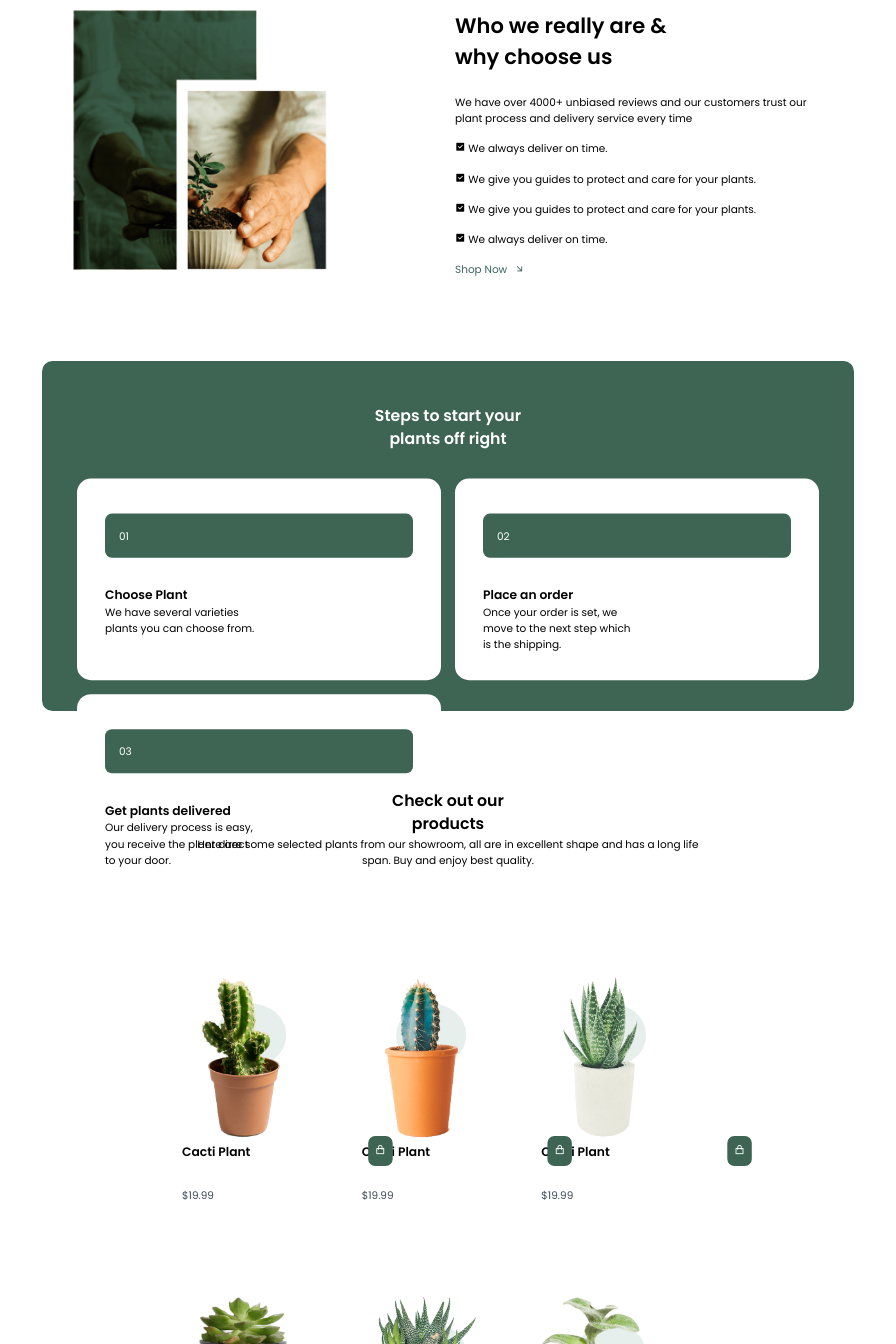
Repository: OmniaRafat232111121/plantwebsite
Page: index.html
The author's editor kept a copy of each file at every save. The page is drawn from the files as they stood at one save, then again after the next save.
The browser window is 1280 px wide. The pictures show the part of the page from y = 584 to 2504 px (the page is 4276 px tall), at 70% of full size.

Above is the page before, as saved 2023-01-05 17:11:20.

After the next save:
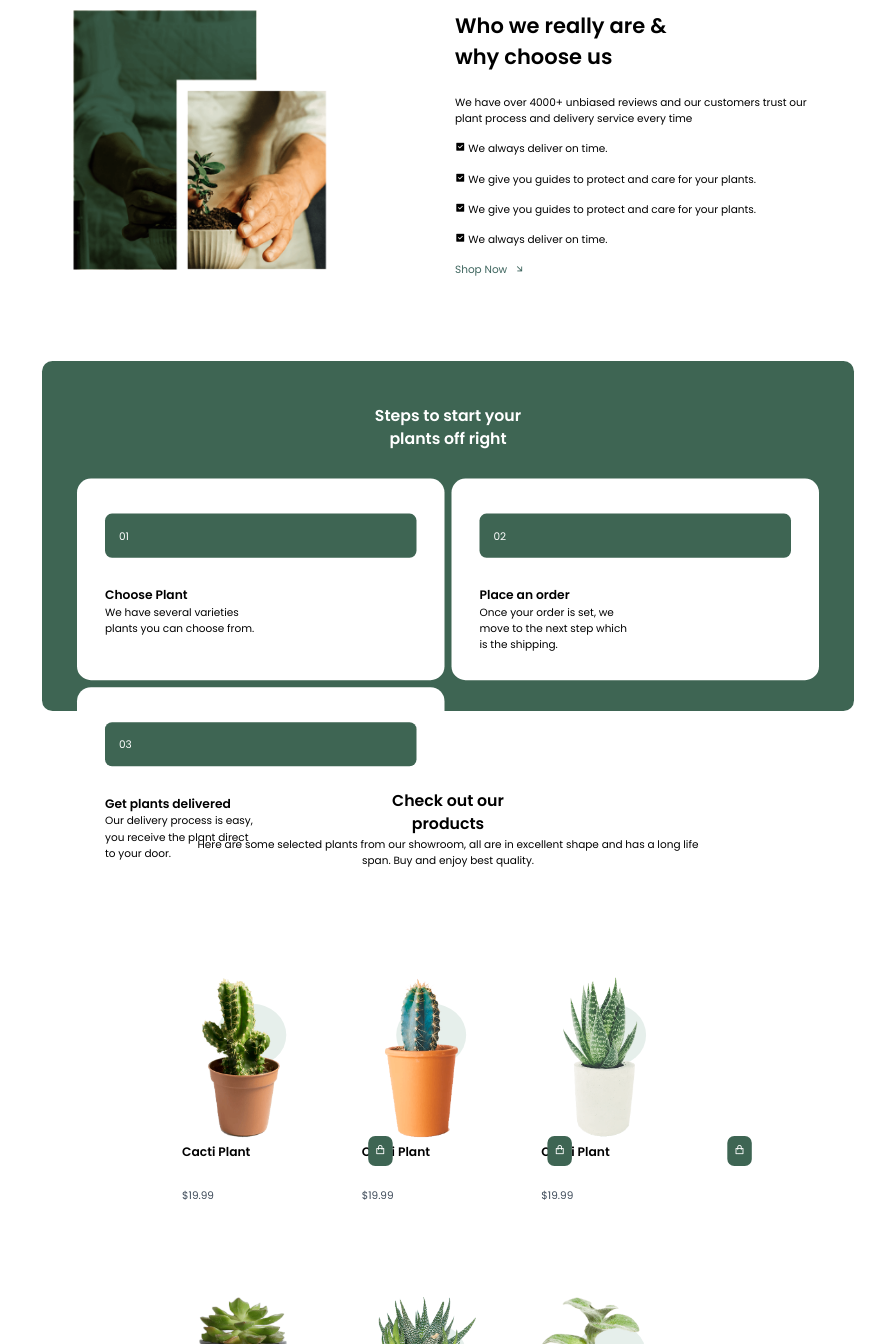
Saved 7 s later.
--- a/assets/css/styles.css
+++ b/assets/css/styles.css
@@ -449,7 +449,7 @@ color: var(--bold-green);
 .about-boxes{
   display:grid;
 grid-template-columns: repeat(auto-fit, minmax(350px, 1fr));
-grid-gap:20px;
+grid-gap:10px;
 margin-top: 40px;
 
 }
